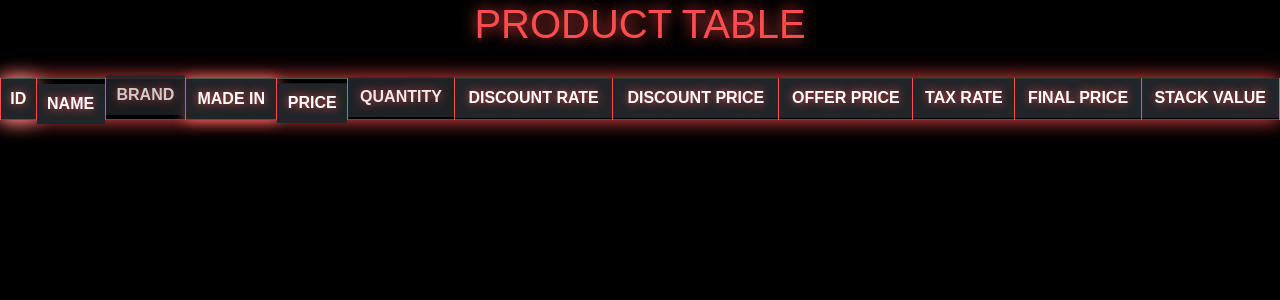
Repository: madhan-sampath/sampathprojects
Page: http://localhost/productlist
An editor plug-in stored every save of this project. The page is shown before and after the next save, followed by the edit.
The browser window is 1280 px wide. The pictures show the whole page.
The page is this project's Thymeleaf template; nobody is signed in. The template is opened directly, without the code that normally fills it, so the values that code supplies are empty.

Above is the page before, as saved 2024-12-21 07:14:13.

### SpringBootMvcExample/src/main/resources/templates/productlist.html
<!DOCTYPE html>
<html lang="en">
    <head>
        <title>All Products</title>
        <link rel="stylesheet" href="https://cdn.jsdelivr.net/npm/bootstrap@5.3.0-alpha3/dist/css/bootstrap.min.css">
        <style>
            /* General Styling */
            body {
                background-color: black;
                color: #ff4d4d; /* Bright red text */
                font-family: Arial, sans-serif;
            }

            h1 {
                color: #ff4d4d;
                animation: fadeIn 2s ease-in-out;
                text-shadow: 0 0 15px #ff4d4d;
            }

            table {
                width: 90%;
                margin: 30px auto;
                border-collapse: collapse;
                box-shadow: 0 0 20px #ff4d4d;
                animation: fadeIn 1.5s ease-in-out;
            }

            th, td {
                padding: 10px;
                text-align: center;
                border: 1px solid #ff4d4d;
            }

            th {
                background-color: #121212;
                color: #ff4d4d;
                text-shadow: 0 0 10px #ff4d4d;
                animation: bounceIn 1.5s infinite alternate;
            }

            td {
                color: #ff6666;
                background-color: black;
                transition: background-color 0.3s ease, color 0.3s ease;
            }

            tr:nth-child(even) td {
                background-color: #1a1a1a;
            }

            td:hover {
                background-color: #ff6666;
                color: black;
                transform: scale(1.05);
            }

            /* Animations */
            @keyframes fadeIn {
                from {
                    opacity: 0;
                    transform: translateY(-20px);
                }
                to {
                    opacity: 1;
                    transform: translateY(0);
                }
            }

            @keyframes bounceIn {
                0%, 100% {
                    transform: translateY(-5px);
                }
                50% {
                    transform: translateY(5px);
                }
            }

            @keyframes columnGlow {
                0%, 100% {
                    box-shadow: 0 0 10px #ff4d4d;
                }
                50% {
                    box-shadow: 0 0 20px #ff9999;
                }
            }

            /* Unique Animations for Columns */
            th:nth-child(1), td:nth-child(1) {
                animation: columnGlow 2s infinite;
            }

            th:nth-child(2), td:nth-child(2) {
                animation: bounceIn 2s infinite;
            }

            th:nth-child(3), td:nth-child(3) {
                animation: fadeIn 2s infinite alternate;
            }

            th:nth-child(4), td:nth-child(4) {
                animation: columnGlow 3s infinite;
            }

            th:nth-child(5), td:nth-child(5) {
                animation: bounceIn 3s infinite alternate;
            }

            th:nth-child(6), td:nth-child(6) {
                animation: fadeIn 3s infinite alternate-reverse;
            }
        </style>
    </head>
    <body>
        <div>
            <center>
                <h1>PRODUCT TABLE</h1>
                <table class="table table-dark table-bordered">
                    <thead>
                        <tr>
                            <th>ID</th>
                            <th>NAME</th>
                            <th>BRAND</th>
                            <th>MADE IN</th>
                            <th>PRICE</th>
                            <th>QUANTITY</th>
                            <th>DISCOUNT RATE</th>
                            <th>DISCOUNT PRICE</th>
                            <th>OFFER PRICE</th>
                            <th>TAX RATE</th>
                            <th>FINAL PRICE</th>
                            <th>STACK VALUE</th>
                        </tr>
                    </thead>
                    <tbody>
                        <tr th:each="product:${products}">
                            <td th:text="${product.id}"></td>
                            <td th:text="${product.name}"></td>
                            <td th:text="${product.brand}"></td>
                            <td th:text="${product.madeIn}"></td>
                            <td th:text="${product.price}"></td>
                            <td th:text="${product.quantity}"></td>
                            <td th:text="${product.discountRate}"></td>
                            <td th:text="${product.discountPrice}"></td>
                            <td th:text="${product.offerPrice}"></td>
                            <td th:text="${product.taxRate}"></td>
                            <td th:text="${product.finalPrice}"></td>
                            <td th:text="${product.stackValue}"></td>
                        </tr>
                    </tbody>
                </table>
            </center>
        </div>
    </body>
</html>

After the next save:
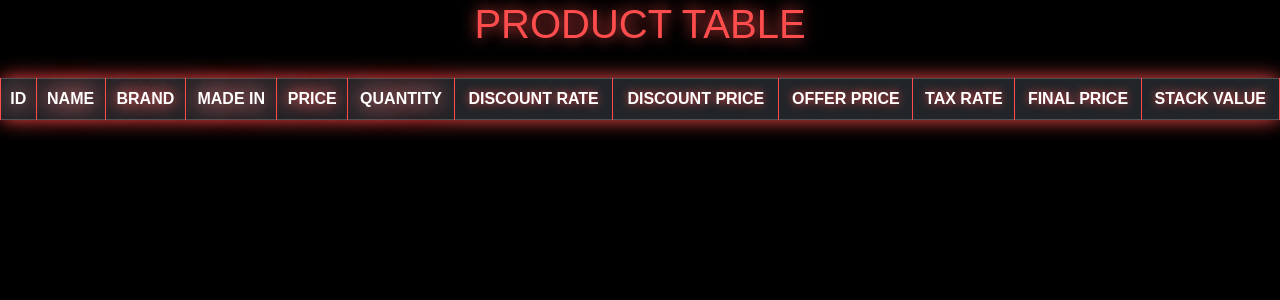
Saved 2 min 30 s later.
--- a/SpringBootMvcExample/src/main/resources/templates/productlist.html
+++ b/SpringBootMvcExample/src/main/resources/templates/productlist.html
@@ -15,6 +15,7 @@
                 color: #ff4d4d;
                 animation: fadeIn 2s ease-in-out;
                 text-shadow: 0 0 15px #ff4d4d;
+                text-align: center;
             }
 
             table {
@@ -23,19 +24,20 @@
                 border-collapse: collapse;
                 box-shadow: 0 0 20px #ff4d4d;
                 animation: fadeIn 1.5s ease-in-out;
+                border-radius: 8px;
             }
 
             th, td {
                 padding: 10px;
                 text-align: center;
                 border: 1px solid #ff4d4d;
+                animation: fadeIn 1.5s ease-in-out;
             }
 
             th {
                 background-color: #121212;
                 color: #ff4d4d;
                 text-shadow: 0 0 10px #ff4d4d;
-                animation: bounceIn 1.5s infinite alternate;
             }
 
             td {
@@ -52,6 +54,7 @@
                 background-color: #ff6666;
                 color: black;
                 transform: scale(1.05);
+                box-shadow: 0 0 15px #ff6666;
             }
 
             /* Animations */
@@ -66,48 +69,40 @@
                 }
             }
 
-            @keyframes bounceIn {
+            @keyframes glow {
                 0%, 100% {
-                    transform: translateY(-5px);
+                    text-shadow: 0 0 10px #ff4d4d, 0 0 20px #ff4d4d;
                 }
                 50% {
-                    transform: translateY(5px);
+                    text-shadow: 0 0 20px #ff9999, 0 0 30px #ff4d4d;
                 }
             }
 
-            @keyframes columnGlow {
-                0%, 100% {
-                    box-shadow: 0 0 10px #ff4d4d;
-                }
-                50% {
-                    box-shadow: 0 0 20px #ff9999;
-                }
-            }
-
-            /* Unique Animations for Columns */
+            /* Unique Animations for Table Header */
             th:nth-child(1), td:nth-child(1) {
-                animation: columnGlow 2s infinite;
+                animation: glow 2s infinite;
             }
 
             th:nth-child(2), td:nth-child(2) {
-                animation: bounceIn 2s infinite;
+                animation: glow 2s infinite alternate;
             }
 
             th:nth-child(3), td:nth-child(3) {
-                animation: fadeIn 2s infinite alternate;
+                animation: glow 3s infinite alternate-reverse;
             }
 
             th:nth-child(4), td:nth-child(4) {
-                animation: columnGlow 3s infinite;
+                animation: glow 2s infinite alternate;
             }
 
             th:nth-child(5), td:nth-child(5) {
-                animation: bounceIn 3s infinite alternate;
+                animation: glow 3s infinite alternate-reverse;
             }
 
             th:nth-child(6), td:nth-child(6) {
-                animation: fadeIn 3s infinite alternate-reverse;
+                animation: glow 2s infinite alternate;
             }
+
         </style>
     </head>
     <body>
